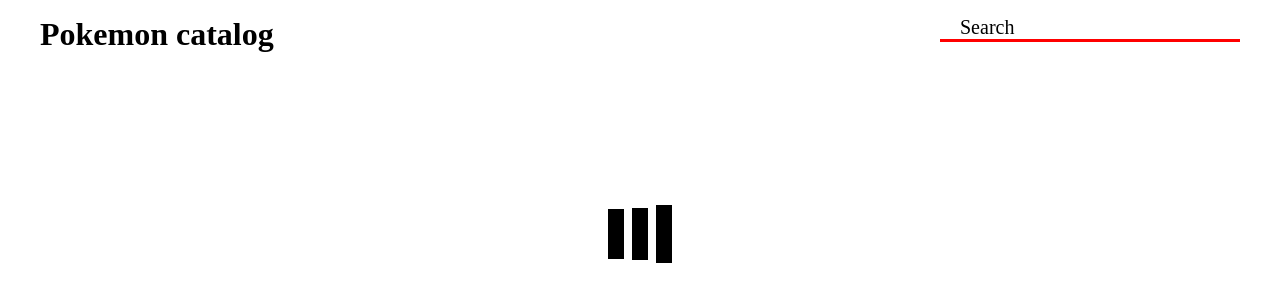
Repository: Ryszard-Penkala/pokemon-API
Page: index.html
These files come from the project's save history. The page is drawn as it stood at one moment and after the next save; the edit follows.
The browser window is 1280 px wide. The pictures show the whole page.
The page's requests for data from a server got no answer.

Above is the page before, as saved 2020-06-28 23:30:25.

After the next save:
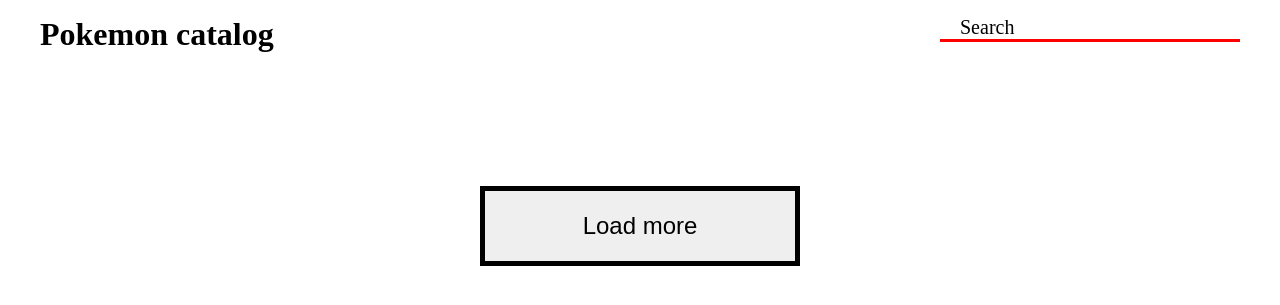
Console error: SyntaxError: missing ) after argument list
Saved 23 s later.
--- a/assets/js/script.js
+++ b/assets/js/script.js
@@ -105,7 +105,7 @@
         const allCards = [...document.querySelectorAll(this.UiSelectors.card)];
         console.log(allCards)
         const filteredCards = allCards.filter(
-            ({ name }) => !card.name.toLowerCase().includes(searchValue),
+            ({ name }) => !${card.name}.toLowerCase().includes(searchValue),
         );
 
         filteredCards.forEach(({ id }) => {

After the save that followed:
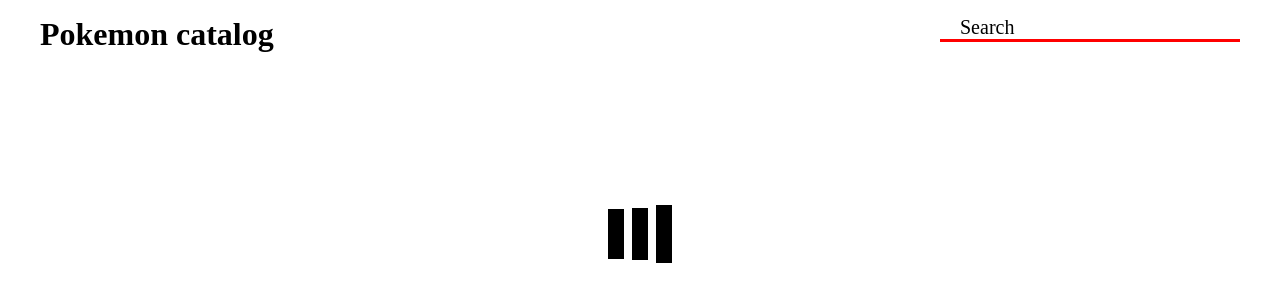
The error is gone.
Saved 9 s later.
--- a/assets/js/script.js
+++ b/assets/js/script.js
@@ -105,7 +105,7 @@
         const allCards = [...document.querySelectorAll(this.UiSelectors.card)];
         console.log(allCards)
         const filteredCards = allCards.filter(
-            ({ name }) => !${card.name}.toLowerCase().includes(searchValue),
+            ({ name }) => !name.toLowerCase().includes(searchValue),
         );
 
         filteredCards.forEach(({ id }) => {
